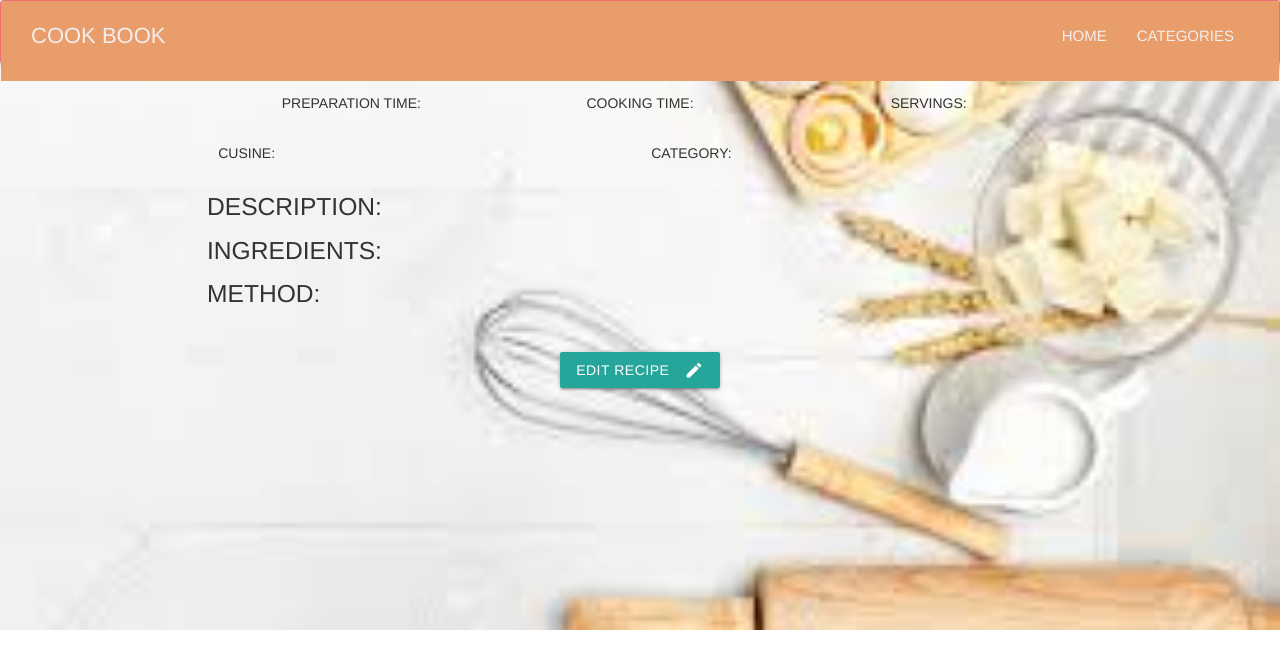
Repository: atena123/COOK-BOOK
Page: templates/viewrecipe.html
The author's editor kept a record of every edit. The page is drawn from the files as they stood at one moment, then again after the next edit.
The browser window is 1280 px wide. The pictures show the whole page.
Some web libraries are served in a nearby version. The page is served by the project's application, run on Flask 3 (app.py). The template is opened directly, without the code that normally fills it, so the values that code supplies are empty.

Above is the page before.

After the next edit:
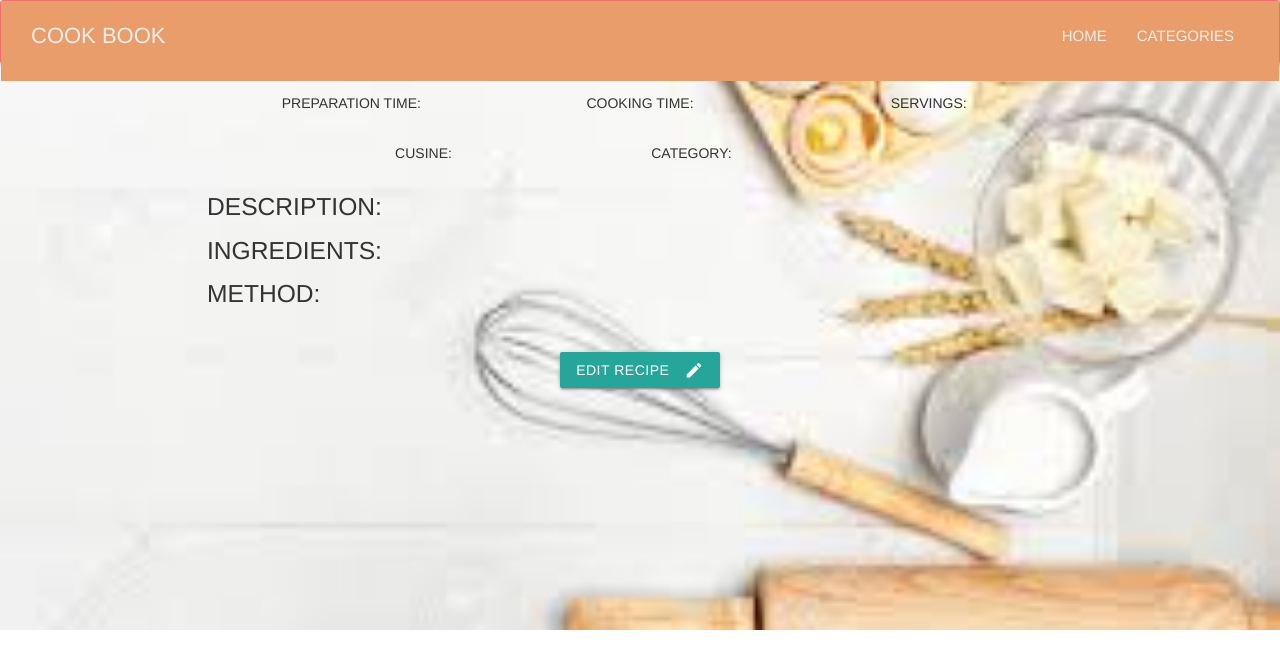
The edit:
--- a/templates/viewrecipe.html
+++ b/templates/viewrecipe.html
@@ -19,7 +19,7 @@
 
 
     <div class="row">
-        <div class="col s6"
+        <div class="col s6">
         <p class="heading">CUSINE: {{recipe.cusine_name}}</p>
         </div>
         <div class="col s6"
